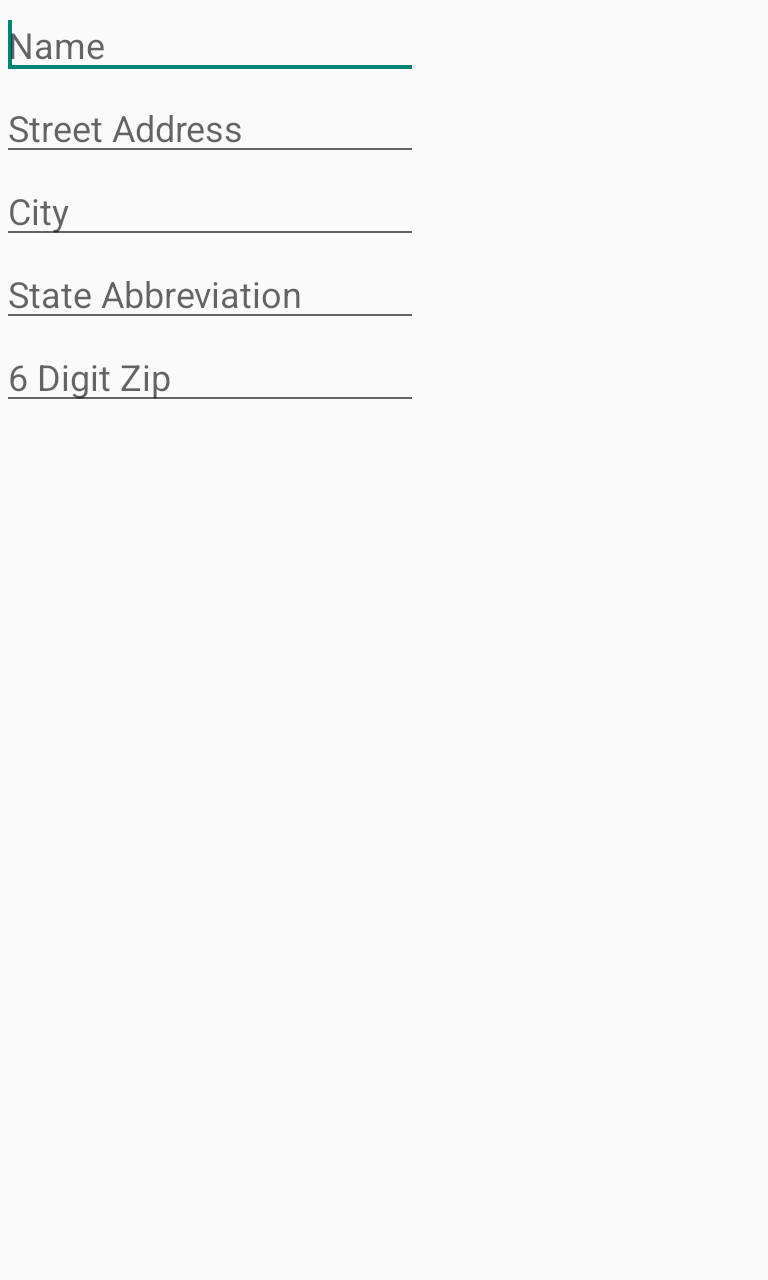
Repository: bhazenstab16/addressbookBMH
Layout: AddressBook/res/layout/activity_main.xml
The author's editor kept a copy of each file at every save. The layout is drawn from the files as they stood at one save, then again after the next save.
It is drawn on a 768 x 1280 px phone screen (xhdpi) without system bars, with theme AppTheme; the app's code is not run.

Above is the layout before, as saved 2019-10-17 15:33:36.

### AddressBook/res/layout/activity_main.xml
<RelativeLayout xmlns:android="http://schemas.android.com/apk/res/android"
    xmlns:tools="http://schemas.android.com/tools"
    android:id="@+id/container"
    android:layout_width="match_parent"
    android:layout_height="match_parent"
    tools:context="com.example.addressbook.MainActivity"
    tools:ignore="MergeRootFrame" >

    <EditText
        android:id="@+id/editTextName"
        android:layout_width="wrap_content"
        android:layout_height="wrap_content"
        android:layout_alignParentLeft="true"
        android:layout_alignParentTop="true"
        android:ems="10"
        android:hint="@string/stringHintName"
        android:inputType="textPersonName" >

        <requestFocus />
    </EditText>

    <EditText
        android:id="@+id/editTextStreetAddress"
        android:layout_width="wrap_content"
        android:layout_height="wrap_content"
        android:layout_alignParentLeft="true"
        android:layout_below="@+id/editTextName"
        android:ems="10"
        android:hint="@string/stringHintStreetAddress"
        android:inputType="textPostalAddress" />

    <EditText
        android:id="@+id/editTextCity"
        android:layout_width="wrap_content"
        android:layout_height="wrap_content"
        android:layout_alignParentLeft="true"
        android:layout_below="@+id/editTextStreetAddress"
        android:ems="10"
        android:hint="@string/stringHintCity" />

    <EditText
        android:id="@+id/editTextState"
        android:layout_width="wrap_content"
        android:layout_height="wrap_content"
        android:layout_alignParentLeft="true"
        android:layout_below="@+id/editTextCity"
        android:ems="10"
        android:hint="@string/stringHintState" />

    <EditText
        android:id="@+id/editTextZip"
        android:layout_width="wrap_content"
        android:layout_height="wrap_content"
        android:layout_alignParentLeft="true"
        android:layout_below="@+id/editTextState"
        android:ems="10"
        android:hint="@string/stringHintZip"
        android:inputType="number" />

</RelativeLayout>

### AddressBook/res/values/strings.xml
<?xml version="1.0" encoding="utf-8"?>
<resources>

    <string name="app_name">AddressBook</string>
    <string name="hello_world">Hello world!</string>
    <string name="action_settings">Settings</string>
    <string name="stringHintName">Name</string>
    <string name="stringHintStreetAddress">Street Address</string>
    <string name="stringHintCity">City</string>
    <string name="stringHintState">State Abbreviation</string>
    <string name="stringHintZip">6 Digit Zip</string>

</resources>

Loaded but not shown: AddressBook/res/values/styles.xml (common file); AddressBook/res/values-v11/styles.xml (common file); AddressBook/res/values-v14/styles.xml (common file)

After the next save:
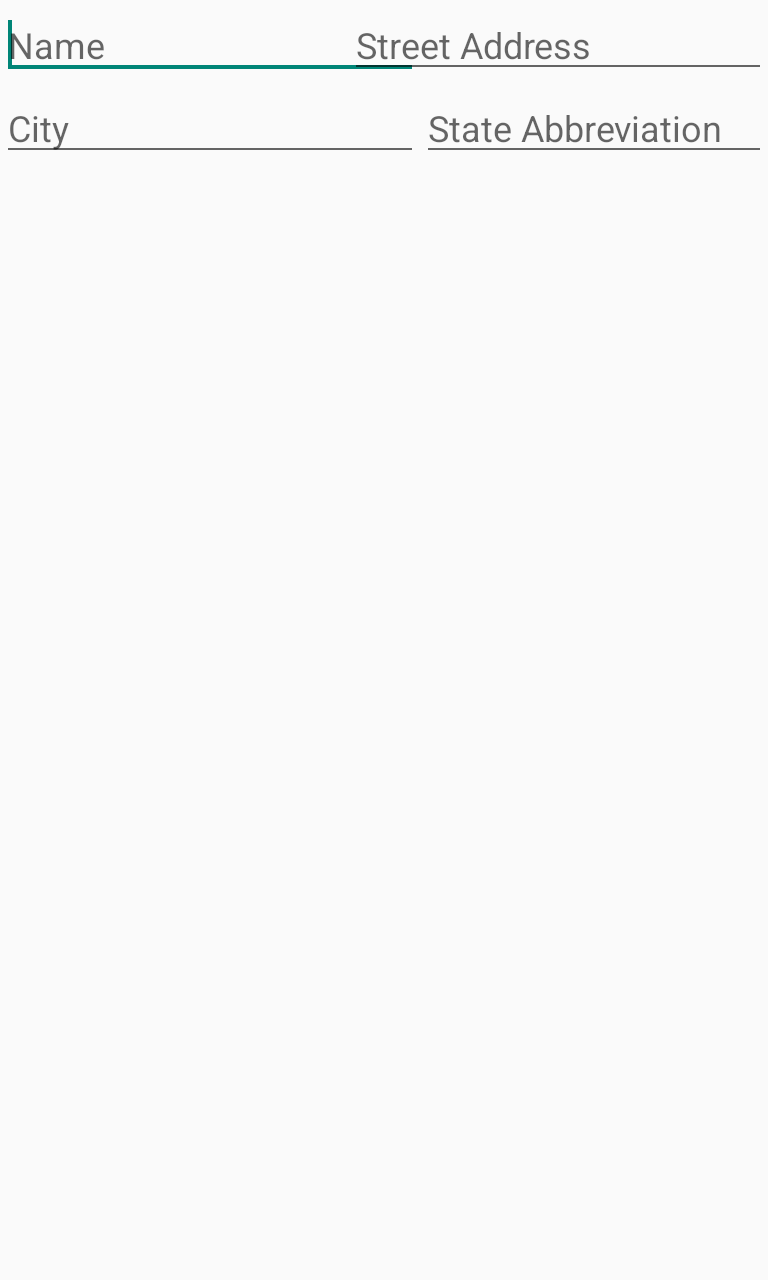
Saved 40 s later.
--- a/AddressBook/res/layout/activity_main.xml
+++ b/AddressBook/res/layout/activity_main.xml
@@ -20,16 +20,6 @@
     </EditText>
 
     <EditText
-        android:id="@+id/editTextStreetAddress"
-        android:layout_width="wrap_content"
-        android:layout_height="wrap_content"
-        android:layout_alignParentLeft="true"
-        android:layout_below="@+id/editTextName"
-        android:ems="10"
-        android:hint="@string/stringHintStreetAddress"
-        android:inputType="textPostalAddress" />
-
-    <EditText
         android:id="@+id/editTextCity"
         android:layout_width="wrap_content"
         android:layout_height="wrap_content"
@@ -42,8 +32,9 @@
         android:id="@+id/editTextState"
         android:layout_width="wrap_content"
         android:layout_height="wrap_content"
-        android:layout_alignParentLeft="true"
-        android:layout_below="@+id/editTextCity"
+        android:layout_alignBaseline="@+id/editTextCity"
+        android:layout_alignBottom="@+id/editTextCity"
+        android:layout_toRightOf="@+id/editTextCity"
         android:ems="10"
         android:hint="@string/stringHintState" />
 
@@ -51,10 +42,21 @@
         android:id="@+id/editTextZip"
         android:layout_width="wrap_content"
         android:layout_height="wrap_content"
-        android:layout_alignParentLeft="true"
-        android:layout_below="@+id/editTextState"
+        android:layout_alignBaseline="@+id/editTextState"
+        android:layout_alignBottom="@+id/editTextState"
+        android:layout_toRightOf="@+id/editTextState"
         android:ems="10"
         android:hint="@string/stringHintZip"
         android:inputType="number" />
 
+    <EditText
+        android:id="@+id/editTextStreetAddress"
+        android:layout_width="wrap_content"
+        android:layout_height="wrap_content"
+        android:layout_alignParentTop="true"
+        android:layout_toLeftOf="@+id/editTextZip"
+        android:ems="10"
+        android:hint="@string/stringHintStreetAddress"
+        android:inputType="textPostalAddress" />
+
 </RelativeLayout>
